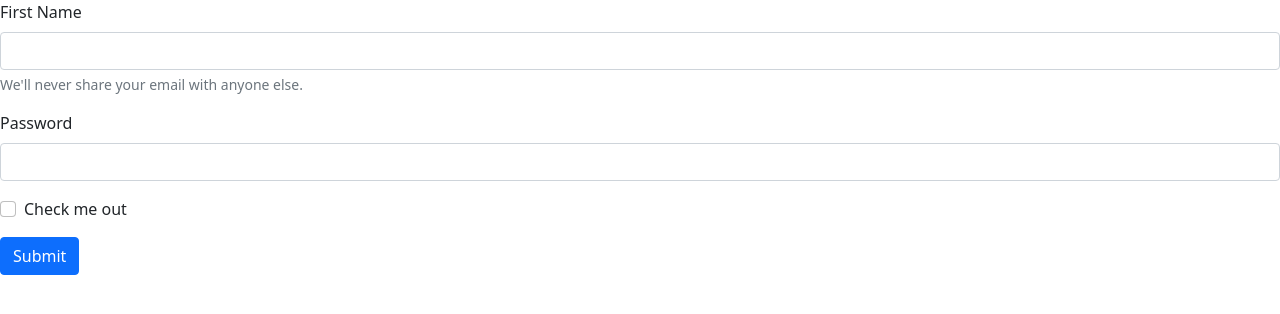
Repository: shivamaninalla/Bank-Application-JSP
Page: http://localhost/09-student-mvc-db/addStudent.jsp
These files come from the project's save history. The page is drawn as it stood at one moment and after the next save; the edit follows.
The browser window is 1280 px wide. The pictures show the whole page.
The page is served by Tomcat 9. Other server files are loaded and not shown.

Above is the page before, as saved 2024-07-17 07:45:51.

### 09-student-mvc-db/WebContent/addStudent.jsp
<%@ page language="java" contentType="text/html; charset=ISO-8859-1"
    pageEncoding="ISO-8859-1"%>

<%@ taglib uri="http://java.sun.com/jsp/jstl/core" prefix="c"%>
<%@ taglib uri="http://java.sun.com/jsp/jstl/functions" prefix="fn"%>
<link
	href="https://cdn.jsdelivr.net/npm/bootstrap@5.0.2/dist/css/bootstrap.min.css"
	rel="stylesheet"
	integrity="sha384-EVSTQN3/azprG1Anm3QDgpJLIm9Nao0Yz1ztcQTwFspd3yD65VohhpuuCOmLASjC"
	crossorigin="anonymous">
<script
	src="https://cdn.jsdelivr.net/npm/bootstrap@5.0.2/dist/js/bootstrap.bundle.min.js"
	integrity="sha384-MrcW6ZMFYlzcLA8Nl+NtUVF0sA7MsXsP1UyJoMp4YLEuNSfAP+JcXn/tWtIaxVXM"
	crossorigin="anonymous"></script>
<!DOCTYPE html>
<html>
<head>
<meta charset="ISO-8859-1">
<title>Add</title>
</head>
<body>
<form action="StudentController">
<input type="hidden" name="command" value="add">
  <div class="mb-3">
    <label for="first_name" class="form-label">First Name</label>
    <input type="text" class="form-control" id="first_name" >
    <div id="emailHelp" class="form-text">We'll never share your email with anyone else.</div>
  </div>
  <div class="mb-3">
    <label for="exampleInputPassword1" class="form-label">Password</label>
    <input type="password" class="form-control" id="exampleInputPassword1">
  </div>
  <div class="mb-3 form-check">
    <input type="checkbox" class="form-check-input" id="exampleCheck1">
    <label class="form-check-label" for="exampleCheck1">Check me out</label>
  </div>
  <button type="submit" class="btn btn-primary">Submit</button>
</form>




</body>
</html>

After the next save:
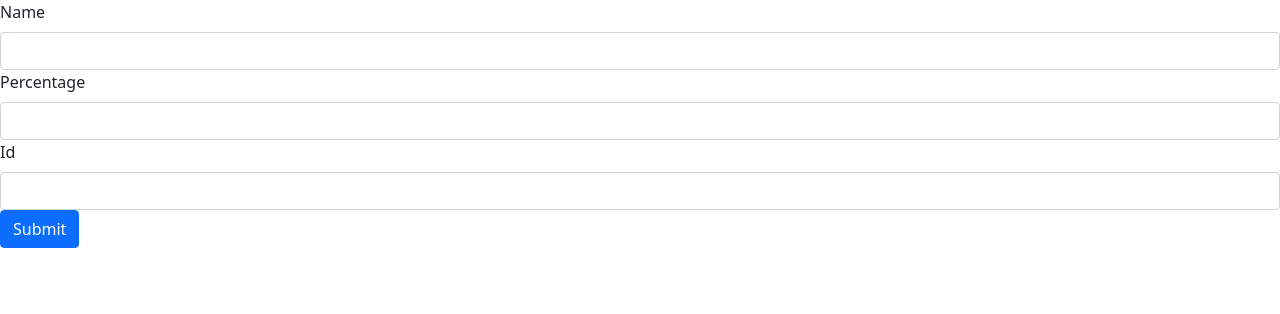
Saved 29 min 9 s later.
--- a/09-student-mvc-db/WebContent/addStudent.jsp
+++ b/09-student-mvc-db/WebContent/addStudent.jsp
@@ -22,18 +22,17 @@
 <form action="StudentController">
 <input type="hidden" name="command" value="add">
   <div class="mb-3">
-    <label for="first_name" class="form-label">First Name</label>
-    <input type="text" class="form-control" id="first_name" >
-    <div id="emailHelp" class="form-text">We'll never share your email with anyone else.</div>
-  </div>
-  <div class="mb-3">
-    <label for="exampleInputPassword1" class="form-label">Password</label>
-    <input type="password" class="form-control" id="exampleInputPassword1">
-  </div>
-  <div class="mb-3 form-check">
-    <input type="checkbox" class="form-check-input" id="exampleCheck1">
-    <label class="form-check-label" for="exampleCheck1">Check me out</label>
-  </div>
+    <label for="name" class="form-label">Name</label>
+    <input type="text" class="form-control" id="name" >
+
+   <div class="mb-3">
+    <label for="percentage" class="form-label">Percentage</label>
+    <input type="text" class="form-control" id="percentage" >
+
+     <div class="mb-3">
+    <label for="id" class="form-label">Id</label>
+    <input type="text" class="form-control" id="id" >
+
   <button type="submit" class="btn btn-primary">Submit</button>
 </form>
 
